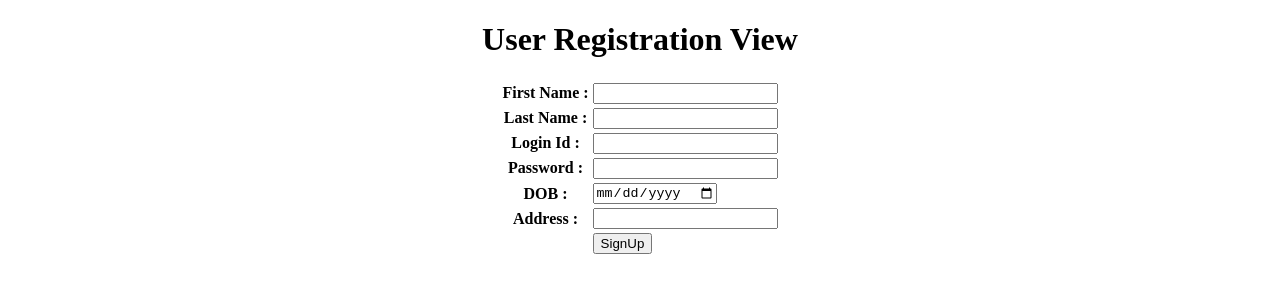
Repository: HimanshuJain1991/ProjectModuleUseCase
Page: http://localhost/Practice/UserRegistrationView.jsp
An editor plug-in stored every save of this project. The page is shown before and after the next save, followed by the edit.
The browser window is 1280 px wide. The pictures show the whole page.
The page is served by Tomcat 9.

Above is the page before, as saved 2024-02-27 11:35:29.

After the next save:
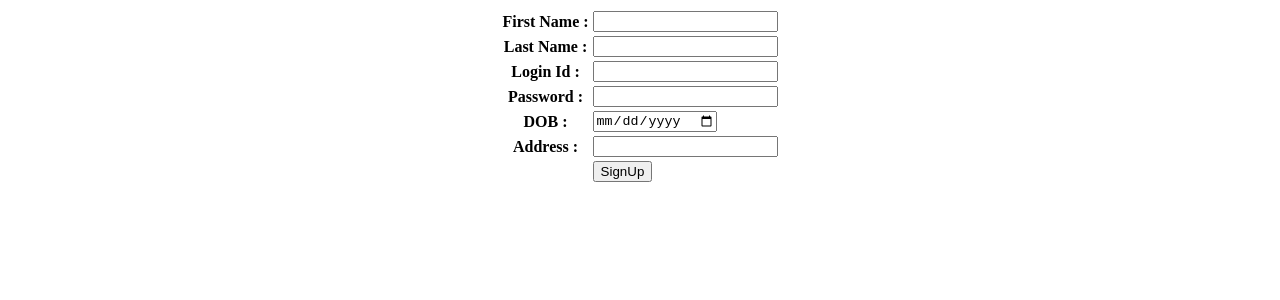
Saved 73 s later.
--- a/Practice/src/main/webapp/UserRegistrationView.jsp
+++ b/Practice/src/main/webapp/UserRegistrationView.jsp
@@ -14,7 +14,6 @@
 	<form action="UserRegistrationCtl" method="post">
 
 		<center>
-			<h1>User Registration View</h1>
 			<table>
 				<tr>
 					<th>First Name :</th>
